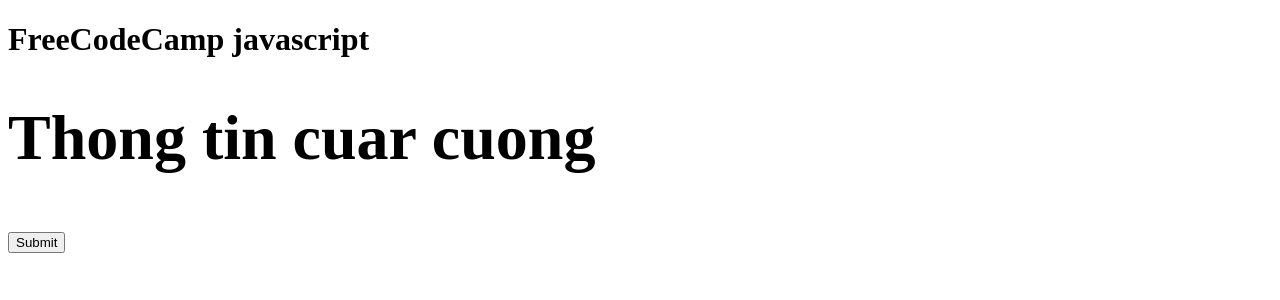
Repository: cuongcay/Clone_YB
Page: FreeCodeCamp.html
An editor plug-in stored every save of this project. The page is shown before and after the next save, followed by the edit.
The browser window is 1280 px wide. The pictures show the whole page.

Above is the page before, as saved 2022-08-02 16:08:25.

### FreeCodeCamp.html
<!DOCTYPE html>
<html lang="en">
<head>
    <meta charset="UTF-8">
    <meta http-equiv="X-UA-Compatible" content="IE=edge">
    <meta name="viewport" content="width=device-width, initial-scale=1.0">
    <title>FreeCodeCamp</title>
</head>
<body>
    <h1>
        FreeCodeCamp javascript
        <div >
            <h1>Thong tin cuar cuong</h1>
            <ul>

            </ul>
            <input type="submit" id="submit" value="Submit" onclick="submit()">

        </div>
    </h1>

    <script type="text/javascript" src="./FreeCodeCamp.js"></script>
</body>
</html>

### FreeCodeCamp.js
const object= {
    name: "cuong",
    age: 21,
    gender: "male",
    university: "IUH",
    Phone: 0949604728
}

After the next save:
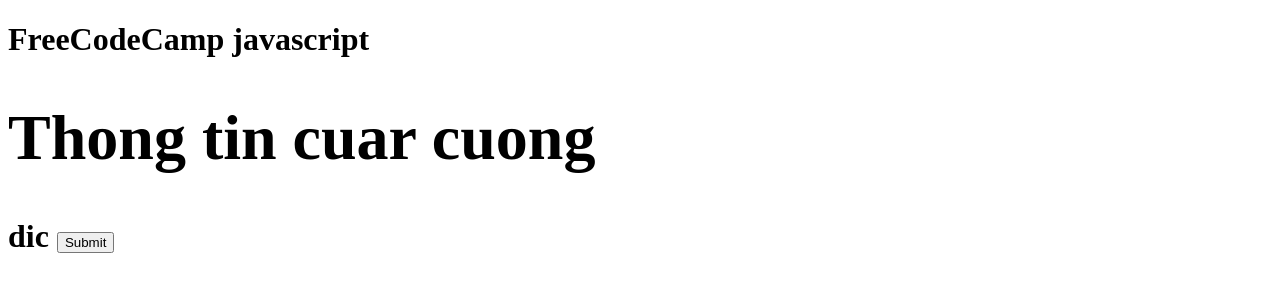
Saved 28 s later.
--- a/FreeCodeCamp.html
+++ b/FreeCodeCamp.html
@@ -11,9 +11,8 @@
         FreeCodeCamp javascript
         <div >
             <h1>Thong tin cuar cuong</h1>
-            <ul>
+            dic
 
-            </ul>
             <input type="submit" id="submit" value="Submit" onclick="submit()">
 
         </div>

After the 4 saves that followed:
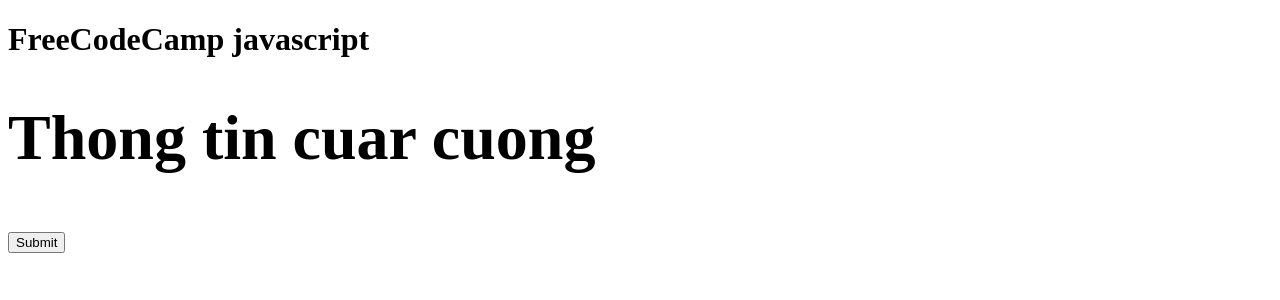
The 4 saves are shown as one change because they came seconds apart.
The last was saved 14 s later.
--- a/FreeCodeCamp.html
+++ b/FreeCodeCamp.html
@@ -11,8 +11,9 @@
         FreeCodeCamp javascript
         <div >
             <h1>Thong tin cuar cuong</h1>
-            dic
+            <div id="info">
 
+            </div>
             <input type="submit" id="submit" value="Submit" onclick="submit()">
 
         </div>
